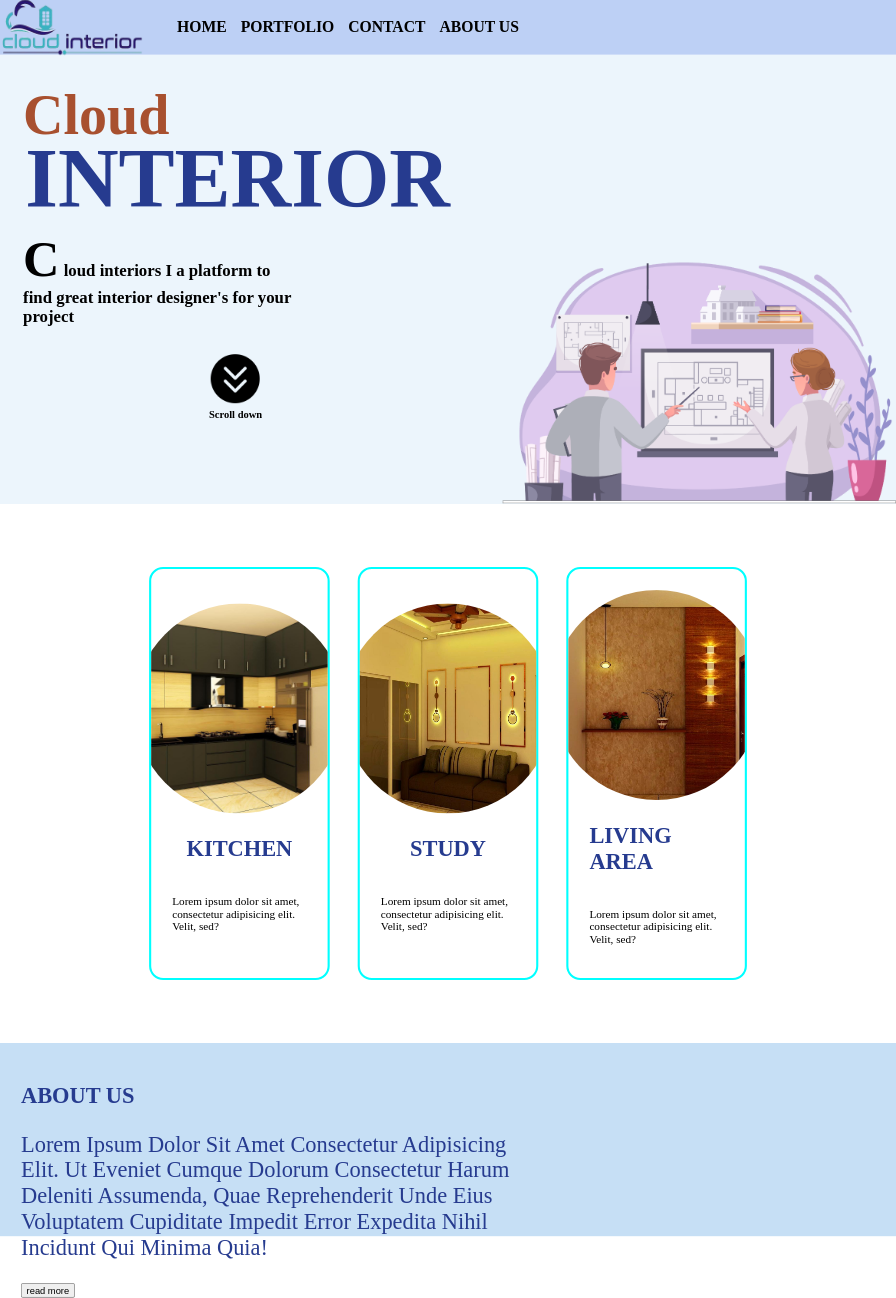
Repository: Ganavid/ganavidgowda.github.io
Page: cloud interior/‌index.html
An editor plug-in stored every save of this project. The page is shown before and after the next save, followed by the edit.
The browser window is 1280 px wide. The pictures show the whole page, at 70% of full size.

Above is the page before, as saved 2023-03-04 03:22:27.

After the next save:
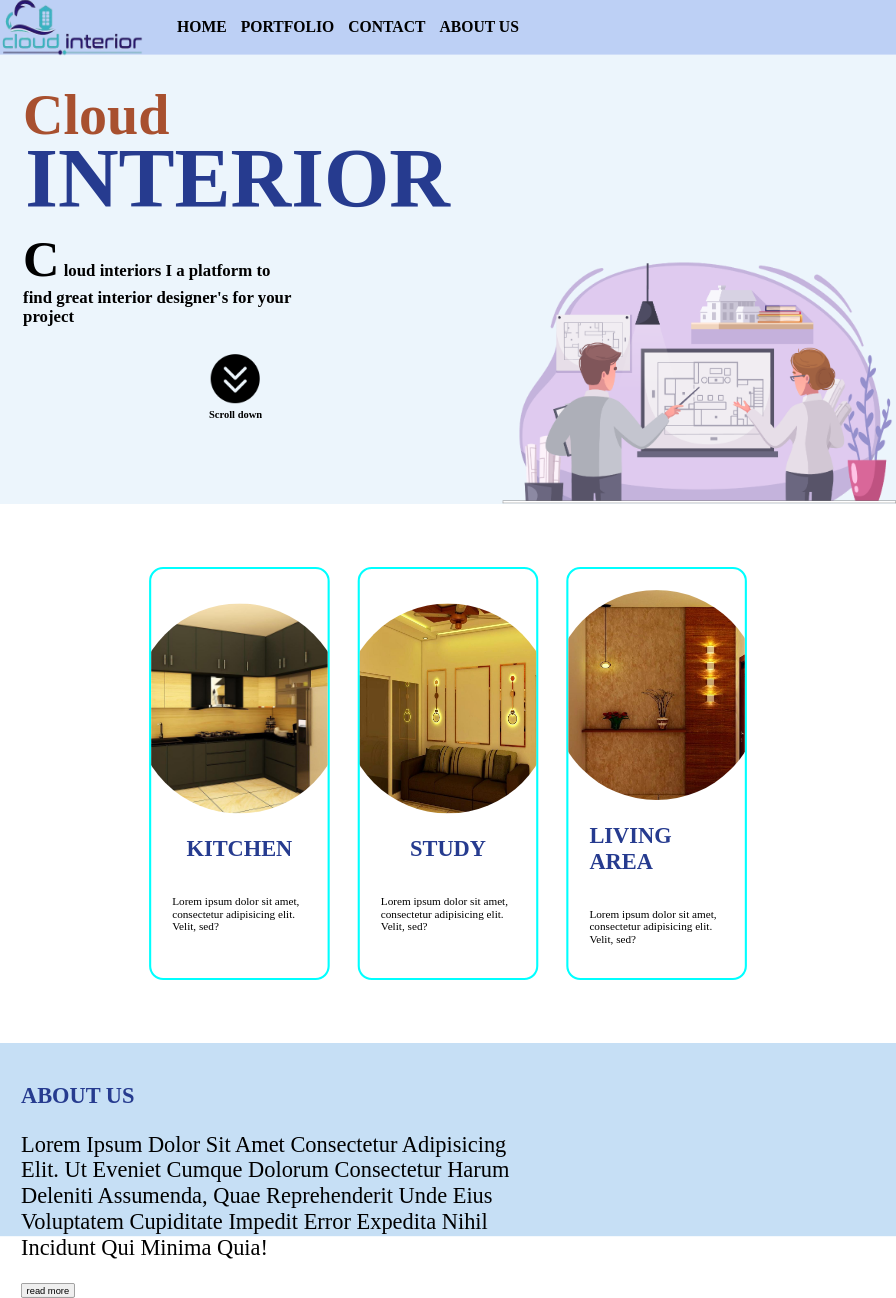
Saved 8 s later.
--- a/cloud interior/interial.css
+++ b/cloud interior/interial.css
@@ -196,5 +196,5 @@ nav{
     font-family: Montserrat;
     font-weight: SemiBold;
     text-transform: capitalize;
-    color: #263B8F;
-}
+    /* color: #263B8F; */
+}
